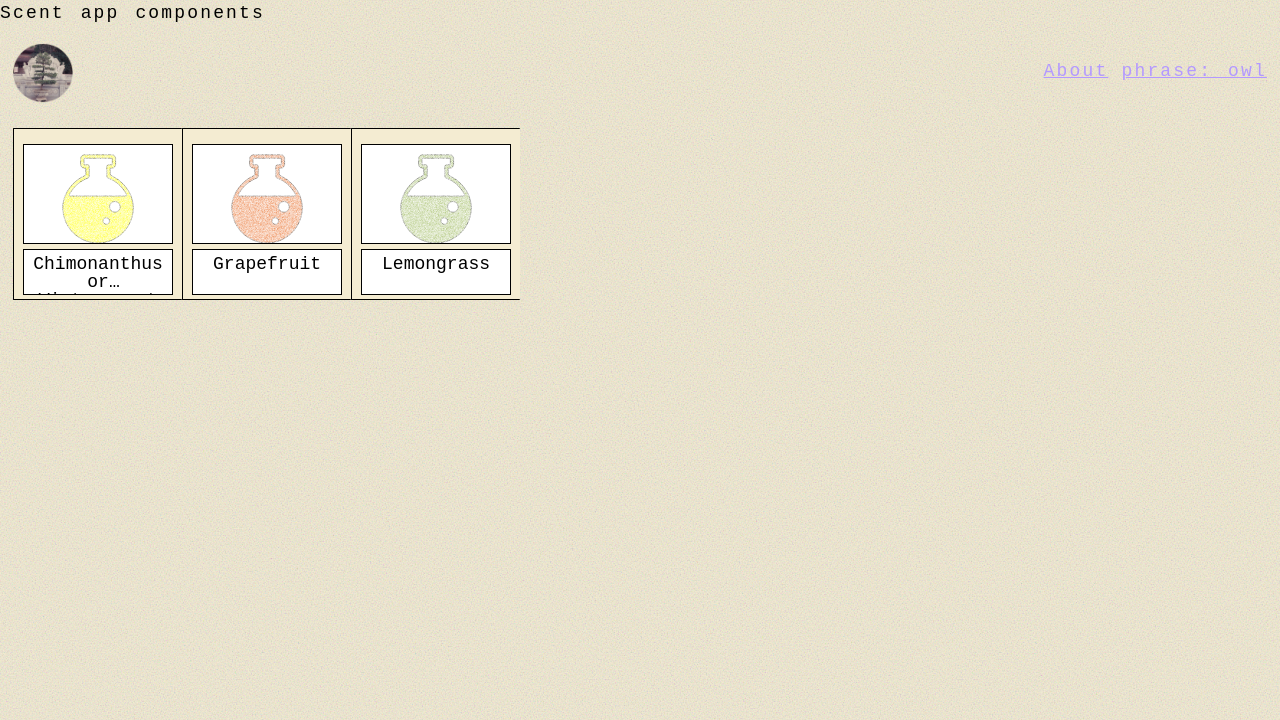
Repository: magiai/scent-app
Page: /
An editor plug-in stored every save of this project. The page is shown before and after the next save, followed by the edit.
The browser window is 1280 px wide. The pictures show the whole page.
The project was rebuilt for these pictures with package versions that can differ from the ones it lists, and the page was loaded fresh each time. The framework's server and built-in components were replaced by stand-ins that run in the browser.

Above is the page before, as saved 2022-11-30 15:37:06.

### pages/_app.tsx

import { Provider } from 'react-redux';
import type { AppProps } from 'next/app';
import { store } from '../app/store';
import '../styles/variables.css';
import '../styles/global.css';

function MyApp({ Component, pageProps
}: AppProps) {
    return (
        <Provider store={store}>
            <Component {...pageProps} />
        </Provider>
    )
}

export default MyApp

### pages/_document.js
import { Html, Head, Main, NextScript } from "next/document";

export default function Document() {
    return (
        <Html lang="en">
        <Head>
            <meta charset="utf-8" />
            <meta httpEquiv="X-UA-Compatible" content="IE=edge" />
            <meta name=" theme-color" content="#fff" />
            <meta name="viewport" content="width=device-width, initial-scale=1" />
            <meta name="robots" content="noindex, nofollow" />

            <title key="title">Scent app components</title>
            <link rel="icon" href="/favicon.ico"></link>
            <meta name="description" content="Application description"></meta>

            <noscript>Scent app components</noscript>
        </Head>
        <body>
            <svg
                className="svg__background"
                width='100%'
                height='100%'
                viewBox='0 0 100 100' xmlns='http://www.w3.org/2000/svg'>
                <filter id='noiseFilter' x="-75%" y="-100%" width="250%" height="300%">
                    <feTurbulence
                                type='fractalNoise'
                                baseFrequency='5'
                                numOctaves='10'
                                seed="10"
                                stitchTiles='stitch'/>
                </filter>

                <rect width='100%' height='100%' filter='url(#noiseFilter)'/>
            </svg>
            <Main />
            <NextScript />
        </body>
    </Html>
    )
}

### pages/index.tsx
import Head from 'next/head';
import Layout from '../components/Layout';
import { Scent } from '../components/scent/Scent';

export default function Home() {
  return (
    <Layout>
      <Head>
        <title key="title">Home</title>
      </Head>

      <main>
        <Scent liquidColor="yellow"
            label = "Chimonanthus or Wintersweet" />
        <Scent liquidColor="#e9702c"
                label = "Grapefruit" />
        <Scent liquidColor="#9db95d"
                label = "Lemongrass" />
      </main>

    </Layout>
  )
}

### app/store.ts
import searchEngineReducer from '../components/search/searchSlice';

import {
    Action,
    configureStore,
    ThunkAction,
  } from '@reduxjs/toolkit';

  export const store = configureStore({
    reducer: {
        searchEngine: searchEngineReducer,
    },
  });

  export type AppDispatch = typeof store.dispatch;
  export type RootState = ReturnType<typeof store.getState>;
  export type AppThunk<ReturnType = void> = ThunkAction<
     ReturnType,
     RootState,
     unknown,
     Action<string>
   >;

### styles/variables.css
:root {
    --font-family--base: 'Courier New', Courier, monospace;;
    --color--white: white;
    --color--black: black;
    --color--transparent: rgba(0, 0, 0, 0);

    --hue--base: 255;
    --saturation--base: 100%;
    --lightness--base: 80%;
    --opacity--base: 1;
    --color--lighten: 5%;
    --color--darken: 10%;
    --color--primary: hsla(var(--hue--base), var(--saturation--base), var(--lightness--base), var(--opacity--base));
    --color--primary--active: hsla(var(--hue--base),
                                    var(--saturation--base),
                                    calc(var(--lightness--base) + var(--color--lighten)),
                                    var(--opacity--base));

    --hue--secondary: 46;
    --saturation--secondary: 61%;
    --lightness--secondary: 89%;
    --color--secondary: hsla(var(--hue--secondary), var(--saturation--secondary), var(--lightness--secondary), var(--opacity--base));
    --color--secondary--active: hsla(var(--hue--secondary),
                                var(--saturation--secondary),
                                calc(var(--lightness--secondary) + var(--color--lighten)),
                                var(--opacity--base));

    --hue--error: 360;
    --hue--success: 130;
    --hue--information: 230;
    --color--disabled: hsla(var(--hue--information), 0, calc(var(--lightness--base) - var(--color--darken)), var(--opacity--base));
    --color--information: hsla(var(--hue--information), var(--saturation--base), var(--lightness--base), var(--opacity--base));
    --color--success: hsla(var(--hue--success), var(--saturation--base), var(--lightness--base), var(--opacity--base));
    --color--error: hsla(var(--hue--error), var(--saturation--base), var(--lightness--base), var(--opacity--base));

    --background-color: var(--color--secondary);

    --spacing__ratio: 1.414;
    --spacing__ratio--desktop: 1.618;
    --space--base: 0.5rem;
    --space--xs: var(--space--base);
    --space--s: calc(var(--space--xs) * var(--spacing__ratio));
    --space--m: calc(var(--space--s) * var(--spacing__ratio));
    --space--l: calc(var(--space--m) * var(--spacing__ratio));
    --space--xl: calc(var(--space--l) * var(--spacing__ratio));

    --font-size__ratio: 1.20;
    --font-size__ratio--desktop: 1.333;
    --font-size--base: 1.8rem;
    --font-size--h4: calc(var(--font-size--base) * var(--font-size__ratio));
    --font-size--h3: calc(var(--font-size--h4) * var(--font-size__ratio));
    --font-size--h2: calc(var(--font-size--h3) * var(--font-size__ratio));
    --font-size--h1: calc(var(--font-size--h2) * var(--font-size__ratio));

    --input__height: 4rem;
    --input__border__width: 0.1rem;
    --input__border__style: solid;
    --input__border__color: var(--color--primary);
    --input__border: var(--input__border__width) var(--input__border__style) var(--input__border__color);
    --form-control__color: var(--color--secondary);
    --select__height: 3.4rem;
    --select--focus__color: var(--color--primary);
    --select__arrow__color: var(--input__border__color);

    --svg__button__width: 15rem;
    --svg__button__height: 10rem;
    --button__border__width: 0.1rem;
    --button--svg__label__height: 4.6rem;
}

@media only screen and (min-width: 768px) {
    :root {
        --font-size__ratio: var(--font-size__ratio--desktop);
        --spacing__ratio: var(--spacing__ratio--desktop);
    }
}

### styles/global.css
html {
    font-size: 62.5%;
}

*,
*:before,
*:after {
    box-sizing: border-box;
}

body {
    font-family: var(--font-family--base);
    font-size: var(--font-size--base);
    line-height: 1.5;
	letter-spacing: 0.12em;
	word-spacing: 0.16em;
    color: var(--color--black);
    background-color: var(--background-color);
    margin: 0;
    position: relative;
    min-height: 100vh;
}

@media (prefers-reduced-motion: reduce) {
	*,
	*::before,
	*::after {
		animation-duration: 0.01ms !important;
		animation-iteration-count: 1 !important;
		transition-duration: 0.01ms !important;
		scroll-behavior: auto !important;
	}
}

.svg__background {
	position: absolute;
	top: 0;
	left: 0;
	opacity: 0.4;
    z-index: -1;
}

p,
li,
h1, h2, h3, h4, h5 {
  overflow-wrap: break-word;
  hyphens: auto;
  margin-bottom: 0.65em;
}

h1 {
    font-size: var(--font-size--h1);
}

h2 {
    font-size: var(--font-size--h2);
}

h3 {
    font-size: var(--font-size--h3);
}

h4 {
    font-size: var(--font-size--h4);
}

h5 {
    font-size: var(--font-size--h5);
}

a {
    color: var(--color--primary);
    padding-top: var(--space--s);
    padding-bottom: var(--space--s);
}

a:hover, a:active, a:focus {
    color: var(--color--primary--active);
}

button {
    font-size: max(var(--font-size--base), 1em);
    font-family: inherit;
    padding: 0.25em 0.5em;
    background-color: var(--color--secondary);
    border-radius: 0.1rem;
    border: var(--button__border);
    line-height: 1;
}

### components/Layout.tsx
import React from 'react';
import Footer from './Footer';
import Header from './Header';
import styles from './layout.module.css'

export default function Layout({
  children,
  home
}: {
  children: React.ReactNode
  home?: boolean
}) {
    return (
        <div className = {styles.container}>
            <Header/>
            {children}
            {/* <Footer/> */}
        </div>
    );
}

### components/scent/Scent.tsx
import React, { useState } from 'react';
import styles from './scent.module.css';
import { ScentImage } from './ScentImage';
import { ScentLabel } from './ScentLabel';

interface ScentProps {
    liquidColor: string;
    label: string;
}

export const Scent = ({
    liquidColor,
    label,
    ...props
}: ScentProps) => {
    //check with useContext
    // const mode: string = visibleBottle ? 'bottle--visible' : 'bottle--hidden';
    const [isScentChosen, setChosenScent] = useState<boolean>(false)

    const handleButtonClick = (event) => {
        // addScentToComposition(label, liquidColor)
        setChosenScent(prevScentState => !prevScentState)
    }

    console.log(isScentChosen)
    const buttonChosenClass = isScentChosen ? 'chosen' : ''

    // const handleButtonClick = () => setChosenScent(!isScentChosen)
    // console.log(isScentChosen)

    return (
        <button
            type="button"
            className= {`${styles.button} ${styles.button}--chosen--${isScentChosen}`}
            // ${styles[`chosen--${isScentChosen}`]}
            {...props}
            onClick = { handleButtonClick }>

            <ScentImage liquidColor = { liquidColor } />
            <ScentLabel label = { label } />
        </button>
    );
};

### components/search/searchSlice.ts
import {
    createSlice,
    PayloadAction,
  } from '@reduxjs/toolkit';
  import type { RootState } from '../../app/store';

  export type SearchEngineState = {
    value: string;
  };

  const initialState: SearchEngineState = {
    value: 'owl',
  };

  export const searchEngineSlice = createSlice({
    name: 'searchEngine',
    initialState,

    reducers: {

      setSearchedPhrase: (state, action: PayloadAction<string>) => {
        state.value = action.payload;
      },
    },
  });

  export const {
    setSearchedPhrase,
  } = searchEngineSlice.actions;

  export const selectSearch = (state: RootState) => state.searchEngine.value;

  export default searchEngineSlice.reducer;

### components/Header.tsx
import Link from 'next/link';
import Image from 'next/image';
import styles from './header.module.css';
import { useAppSelector } from '../app/hooks';
import { selectSearch } from './../components/search/searchSlice';

export default function Header() {
    const selectPhrase = useAppSelector(selectSearch);

    return (
        <header className = {styles.header}>
            <nav className = {styles.navigation}>
                <Link href="/">
                    <a>
                        <Image
                            src = "/images/logo.png"
                            height = {60}
                            width = {60}
                            alt = "Logo"
                        />
                    </a>
                </Link>
                <ul className = { styles.navigationList }>
                    <li>
                        <Link href="/about">
                            <a>About</a>
                        </Link>
                    </li>
                    <li>
                        <Link href="/about">
                            <a>phrase: {selectPhrase} </a>
                        </Link>
                    </li>
                </ul>
            </nav>
        </header>
    );
}

### components/layout.module.css
.container {
    padding-left: var(--space--m);
    padding-right: var(--space--m);
}

### components/scent/scent.module.css
.svg--bottle,
button {
    border-top-width: var(--button__border__width);
    border-left-width: var(--button__border__width);
    border-bottom-width: var(--button__border__width);
    border-color: black;
    border-style: solid;
}

button {
    border-right-width: 0rem;
    color: black;
    transition-property: transform;
    transition-duration: 250ms;
    transition-timing-function: ease-out;
}

button:active,
button:focus,
button:hover,
[class$="chosen--true"] {
    background-color: rgba(87, 69, 58, 0.7);
}

svg.svg--bottle {
    display: flex;
    width: var(--svg__button__width);
    height: var(--svg__button__height);
    margin-top: 1rem;
    background-color: white;
    border-right-width: var(--button__border__width);
}

#bottle__path {
    stroke: black;
    stroke-width: 0.3rem;
    transform-origin: bottom center;
    transform: scale(0.9);
}

button:active #bottle__path,
button:focus #bottle__path,
button:hover #bottle__path,
[class$="chosen--true"] #bottle__path {
    transform: rotateZ(20deg) translateX(0%) translateY(-3%) scale(0.9);
}

.button--svg__label {
    border: 1px solid black;
    height: var(--button--svg__label__height);
    width: var(--svg__button__width);
    margin-top: var(--space--xs);
    background-color: white;
    display: -webkit-box;
    -webkit-line-clamp: 2;
    -webkit-box-orient: vertical;
    overflow: hidden;
    padding-top: var(--space--xs);
    padding-bottom: calc(var(--space--xs) / 2);
    /* text-shadow: 0px 0px 0.2rem black, -0.05rem -0.05rem 0.02rem; */
    transition-property: height;
    transition-duration: 200ms;
    transition-timing-function: ease-in;
}

button:hover .button--svg__label {
    height: auto;
    min-height: var(--button--svg__label__height);
    overflow: visible;
    -webkit-line-clamp: 5;
}

### components/scent/ScentImage.tsx
import React from 'react';
import styles from './scent.module.css';

interface ScentImageProps {
    liquidColor: string;
}

export const ScentImage = ({
    liquidColor
}: ScentImageProps) => {
    //check with useContext
    // const mode: string = visibleBottle ? 'bottle--visible' : 'bottle--hidden';

    return (
            <svg
                className={ styles['svg--bottle'] }
                xmlns="http://www.w3.org/2000/svg"
                version="1.1"
                x="0px"
                y="0px"
                viewBox="0 0 362.664 362.664">

                <filter id='noiseFilter' x="-10%" y="-10%" width="120%" height="120%">
                    <feTurbulence
                        type='fractalNoise'
                        baseFrequency='5'
                        numOctaves='10'
                        seed="10"
                        stitchTiles='stitch'
                    />
                </filter>

                <mask id="gradient-mask">
                    <rect width='100%' height='100%' filter='url(#noiseFilter)'/>
                </mask>

                <path id={ styles['bottle__path'] }
                    fill={ liquidColor }
                    d="M326.197,217.684c0-14.664-2.472-29.243-7.346-43.334l-1.63-4.711h-0.119c-4.807-12.383-11.477-24.266-19.923-35.369     c-16.07-21.126-37.974-38.302-62.301-48.985c-1.015-0.446-3.057-1.059-3.057-4.892l-0.392-25.177h6.549     c8.759,0,15.886-7.126,15.886-15.885V15.886C253.864,7.127,246.738,0,237.978,0H125.686c-8.759,0-15.885,7.127-15.885,15.886     v23.445c0,8.759,7.126,15.885,15.885,15.885h5.625L131.23,80.06c0,3.75-2.221,4.689-3.323,5.172     c-24.308,10.644-46.197,27.762-62.283,48.842c-8.515,11.159-15.232,23.107-20.067,35.564h-0.119l-1.629,4.712     c-4.872,14.089-7.342,28.668-7.342,43.333c0,0.018,0,0.036,0,0.053c0,0.021,0,0.042,0,0.063     c0,79.879,64.986,144.865,144.865,144.865s144.865-64.986,144.865-144.865c0-0.021,0-0.042,0-0.063     C326.197,217.72,326.197,217.702,326.197,217.684z M202.109,272.231c0-7.348,5.957-13.305,13.305-13.305     s13.305,5.957,13.305,13.305s-5.957,13.305-13.305,13.305S202.109,279.579,202.109,272.231z M228.718,213.922     c0-12.15,9.85-22,22-22s22,9.85,22,22s-9.85,22-22,22S228.718,226.072,228.718,213.922z M140.66,95.165     c0,0,4.543-2.022,4.543-7.522c0-9.792,0.127-27.917,0.127-39.166c0-7.5-6.831-7.261-6.831-7.261h-12.813     c-1.022,0-1.885-0.863-1.885-1.885V15.886c0-1.022,0.863-1.886,1.885-1.886h112.292c1.022,0,1.886,0.864,1.886,1.886v23.445     c0,1.022-0.864,1.885-1.886,1.885h-13.146c0,0-7.473,0.552-7.473,8.929c0,10.874,0.592,28.679,0.592,38.241     c0,5.757,4.469,6.934,4.469,6.934c32.593,12.269,59.116,36.124,74.668,64.853c1.679,3.102,4.577,9.466-4.089,9.466h-225.5     c-6.833,0-3.513-6.596-1.764-9.807C81.372,131.122,107.979,107.339,140.66,95.165z"
                    mask='url(#gradient-mask)'></path>
            </svg>
    );
};

### components/scent/ScentLabel.tsx
import React from 'react';
import styles from './scent.module.css';

interface ScentLabelProps {
    label: string;
}

export const ScentLabel = ({
    label
}: ScentLabelProps) => {

    return (
        <span className={ styles['button--svg__label'] }>{ label }</span>
    );
};

### components/header.module.css
.header {
    padding-top: var(--space--s);
    padding-bottom: var(--space--s);
}

.navigation {
    width: 100%;
    display: flex;
    flex-direction: row;
    justify-content: space-between;
    align-items: center;
}

.navigationList {
    display: flex;
}

.navigationList li {
    list-style: none;
}

.navigationList li:not(:last-of-type) {
    margin-right: var(--space--m);
}

### app/hooks.ts
import {
    TypedUseSelectorHook,
    useDispatch,
    useSelector,
  } from 'react-redux';
  import type {
    AppDispatch,
    RootState,
  } from './store';

  export const useAppDispatch = () => useDispatch<AppDispatch>();
  export const useAppSelector: TypedUseSelectorHook<RootState> = useSelector;

After the next save:
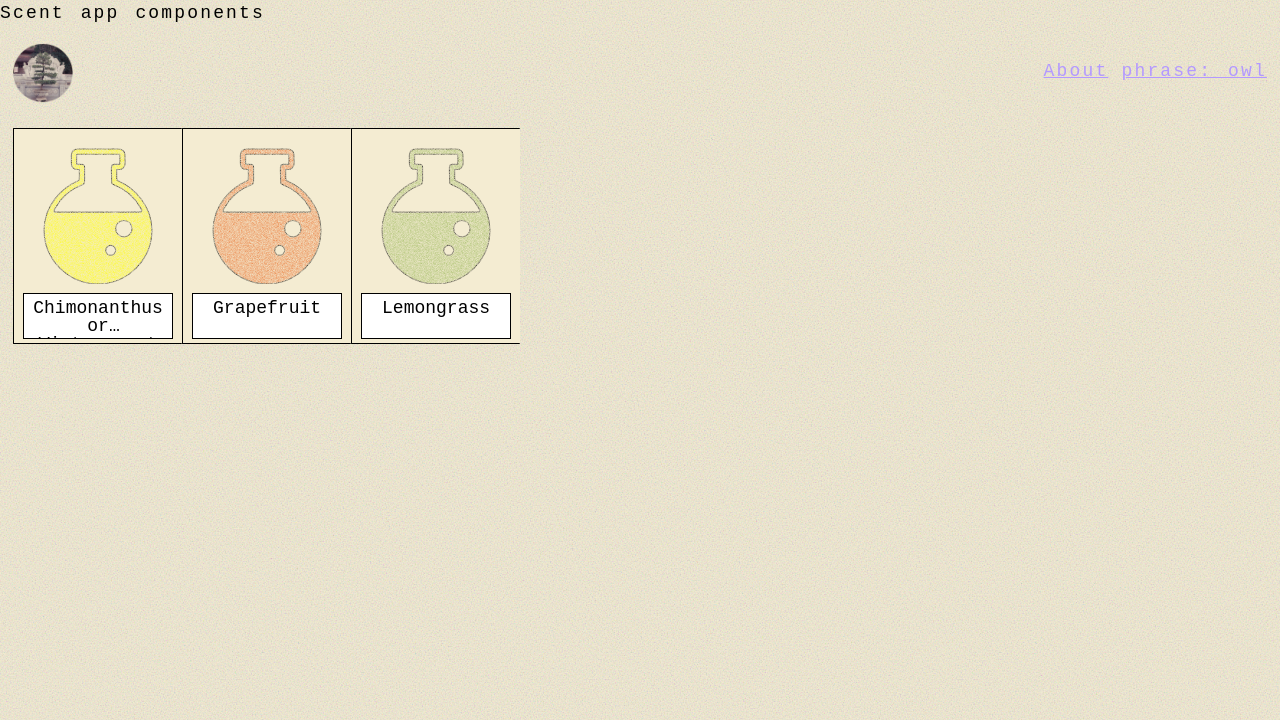
Saved 10 min 44 s later.
--- a/components/scent/scent.module.css
+++ b/components/scent/scent.module.css
@@ -1,4 +1,4 @@
-.svg--bottle,
+bottle,
 button {
     border-top-width: var(--button__border__width);
     border-left-width: var(--button__border__width);
@@ -22,7 +22,7 @@
     background-color: rgba(87, 69, 58, 0.7);
 }
 
-svg.svg--bottle {
+bottle {
     display: flex;
     width: var(--svg__button__width);
     height: var(--svg__button__height);

After the 3 saves that followed:
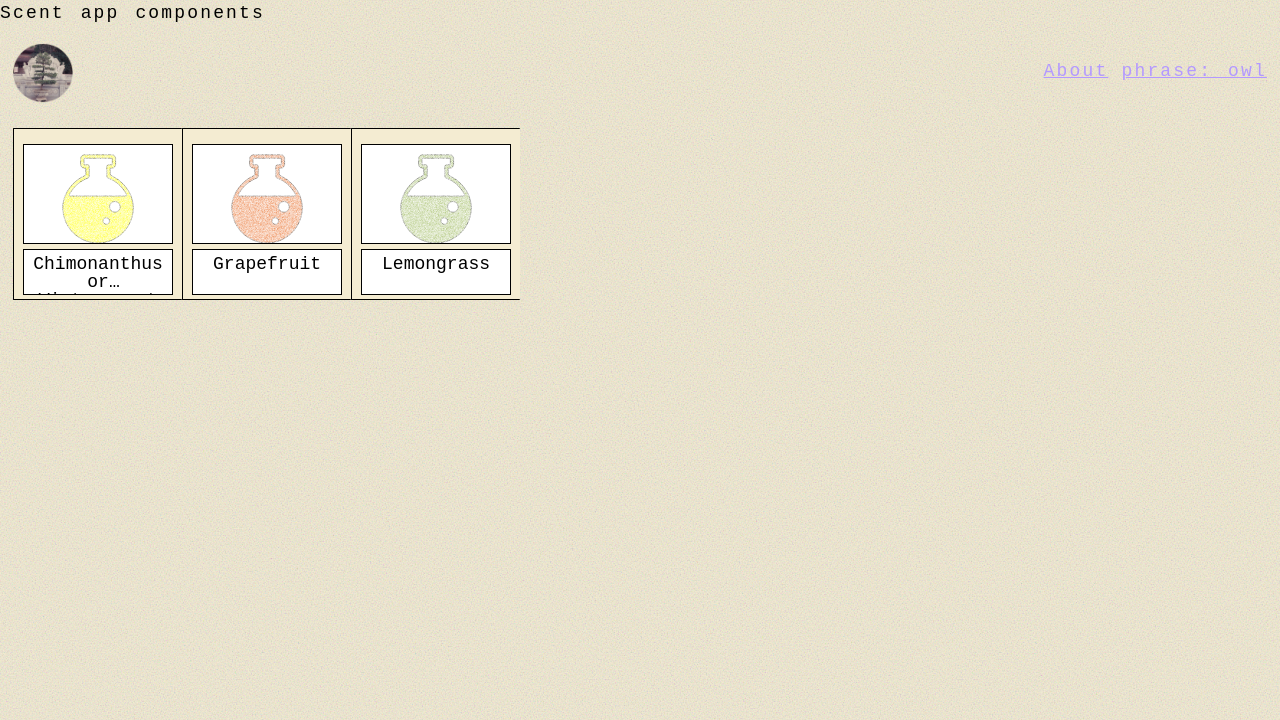
The 3 saves are shown as one change because 2 left the picture as it was.
The last was saved 93 s later.
--- a/components/scent/scent.module.css
+++ b/components/scent/scent.module.css
@@ -1,4 +1,4 @@
-bottle,
+.svg--bottle,
 button {
     border-top-width: var(--button__border__width);
     border-left-width: var(--button__border__width);
@@ -22,7 +22,7 @@
     background-color: rgba(87, 69, 58, 0.7);
 }
 
-bottle {
+svg.svg--bottle {
     display: flex;
     width: var(--svg__button__width);
     height: var(--svg__button__height);
